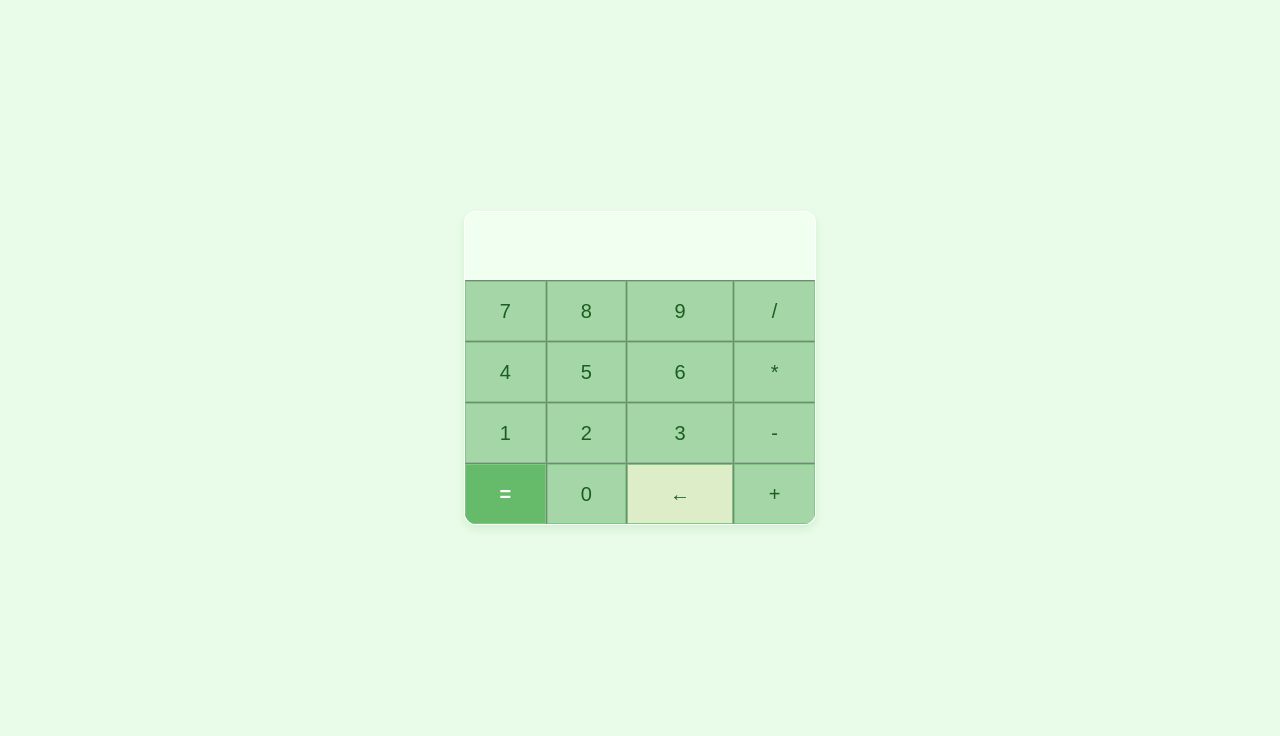
Repository: Yejin-source/st-work
Page: join/src/main/webapp/cal.html
These files come from the project's save history. The page is drawn as it stood at one moment and after the next save; the edit follows.
The browser window is 1280 px wide. The pictures show the whole page.

Above is the page before, as saved 2025-04-30 08:41:29.

### join/src/main/webapp/cal.html
<!DOCTYPE html>
<html>
<head>
<meta charset="UTF-8">
<title>Insert title here</title>
<style>
    body {
      background-color: #e9fce9; /* 아주 연한 초록-민트 */
      font-family: 'Segoe UI', sans-serif;
      display: flex;
      justify-content: center;
      align-items: center;
      height: 100vh;
    }

    table {
      border-collapse: collapse;
      background-color: #ffffff;
      border-radius: 12px;
      box-shadow: 0 4px 10px rgba(0, 128, 0, 0.1);
      overflow: hidden;
    }

    input[type="text"] {
      width: 100%;
      padding: 20px;
      font-size: 24px;
      border: none;
      background-color: #f0fff0;
      text-align: right;
      color: #2e7d32;
    }

    td {
      padding: 0;
    }

    button {
      width: 100%;
      height: 60px;
      font-size: 20px;
      background-color: #a5d6a7; /* 밝은 연두 */
      border: 1px solid #81c784;
      color: #1b5e20;
      cursor: pointer;
      transition: 0.2s;
    }

    button:hover {
      background-color: #81c784; /* 좀 더 진한 연두 */
    }

    #equal {
      background-color: #66bb6a;
      color: white;
      font-weight: bold;
    }

    #equal:hover {
      background-color: #388e3c;
    }

    #back {
      background-color: #dcedc8;
    }

    #back:hover {
      background-color: #aed581;
    }
  </style>
</head>
<body>
	<table border="1">
		<tr>
			<td colspan="4"><input type="text" id="result"></td>
		</tr>
		<tr>
			<td><button type="button" id="seven">7</button></td>
			<td><button type="button" id="eight">8</button></td>
			<td><button type="button" id="nine">9</button></td>
			<td><button type="button" id="divide">/</button></td>
		</tr>
		<tr>
			<td><button type="button" id="four">4</button></td>
			<td><button type="button" id="five">5</button></td>
			<td><button type="button" id="six">6</button></td>
			<td><button type="button" id="multiple">*</button></td>
		</tr>
		<tr>
			<td><button type="button" id="one">1</button></td>
			<td><button type="button" id="two">2</button></td>
			<td><button type="button" id="three">3</button></td>
			<td><button type="button" id="minus">-</button></td>
		</tr>
		<tr>
			<td><button type="button" id="equal">=</button></td>
			<td><button type="button" id="zero">0</button></td>
			<td><button type="button" id="back">←</button></td>
			<td><button type="button" id="plus">+</button></td>
		</tr>
	</table>
	<script>
		// 콜백함수: 매개변수로 전달하는 함수

		/*
			let zeroClick = function() {
				alert('zeroClick');
			}
		*/

		let result = '';

		// 0 입력
		document.querySelector('#zero').addEventListener('click', function() { // ('이벤트 이름', 콜백함수)
			result = result + 0;
			document.querySelector('#result').value = result;
		});

		// 1 입력
		document.querySelector('#one').addEventListener('click', function() {
			result = result + 1;
			document.querySelector('#result').value = result;
		});

		// 2 입력
		document.querySelector('#two').addEventListener('click', function() {
			result = result + 2;
			document.querySelector('#result').value = result;
		});

		// 3 입력
		document.querySelector('#three').addEventListener('click', function() {
			result = result + 3;
			document.querySelector('#result').value = result;
		});

		// 4 입력
		document.querySelector('#four').addEventListener('click', function() {
			result = result + 4;
			document.querySelector('#result').value = result;
		});

		// 5 입력
		document.querySelector('#five').addEventListener('click', function() {
			result = result + 5;
			document.querySelector('#result').value = result;
		});

		// 6 입력
		document.querySelector('#six').addEventListener('click', function() {
			result = result + 6;
			document.querySelector('#result').value = result;
		});

		// 7 입력
		document.querySelector('#seven').addEventListener('click', function() {
			result = result + 7;
			document.querySelector('#result').value = result;
		});

		// 8 입력
		document.querySelector('#eight').addEventListener('click', function() {
			result = result + 8;
			document.querySelector('#result').value = result;
		});

		// 9 입력
		document.querySelector('#nine').addEventListener('click', function() {
			result = result + 9;
			document.querySelector('#result').value = result;
		});


		// 나누기 연산자
		document.querySelector('#divide').addEventListener('click', function() {
			if(isNaN(result[result.length-1])) { // result의 마지막 글자가 연산자라면 | isNaN() 함수: 숫자면 false 반환
				alert('연산자를 연속으로 입력할 수 없습니다.');
				return;
			}
			result = result + '/';
			document.querySelector('#result').value = result;
		});

		// 곱하기 연산자
		document.querySelector('#multiple').addEventListener('click', function() {
			if(isNaN(result[result.length-1])) { // result의 마지막 글자가 연산자라면
				alert('연산자를 연속으로 입력할 수 없습니다.');
				return;
			}
			result = result + '*';
			document.querySelector('#result').value = result;
		});

		// 빼기 연산자
		document.querySelector('#minus').addEventListener('click', function() {
			if(isNaN(result[result.length-1])) { // result의 마지막 글자가 연산자라면
				alert('연산자를 연속으로 입력할 수 없습니다.');
				return;
			}
			result = result + '-';
			document.querySelector('#result').value = result;
		});

		// 더하기 연산자
		document.querySelector('#plus').addEventListener('click', function() {
			if(isNaN(result[result.length-1])) { // result의 마지막 글자가 연산자라면
				alert('연산자를 연속으로 입력할 수 없습니다.');
				return;
			}
			result = result + '+';
			document.querySelector('#result').value = result;
		});


		// 한 글자 지우기
		document.querySelector('#back').addEventListener('click', function() {
			if(isNaN(result[result.length-1])) { // result의 마지막 글자가 연산자라면
				alert('연산자는 지울 수 없습니다.');
				return;
			}
			result = result.slice(0, -1); // slice() 메서드: 배열이나 문자열에서 일부분을 잘라내는 메서드
			// result.slice(start, end) -> end: 끝 인덱스는 미포함
			document.querySelector('#result').value = result;
		});


		// result 문자 전체를 파싱해서 연산해서 결과
	</script>
</body>
</html>

After the next save:
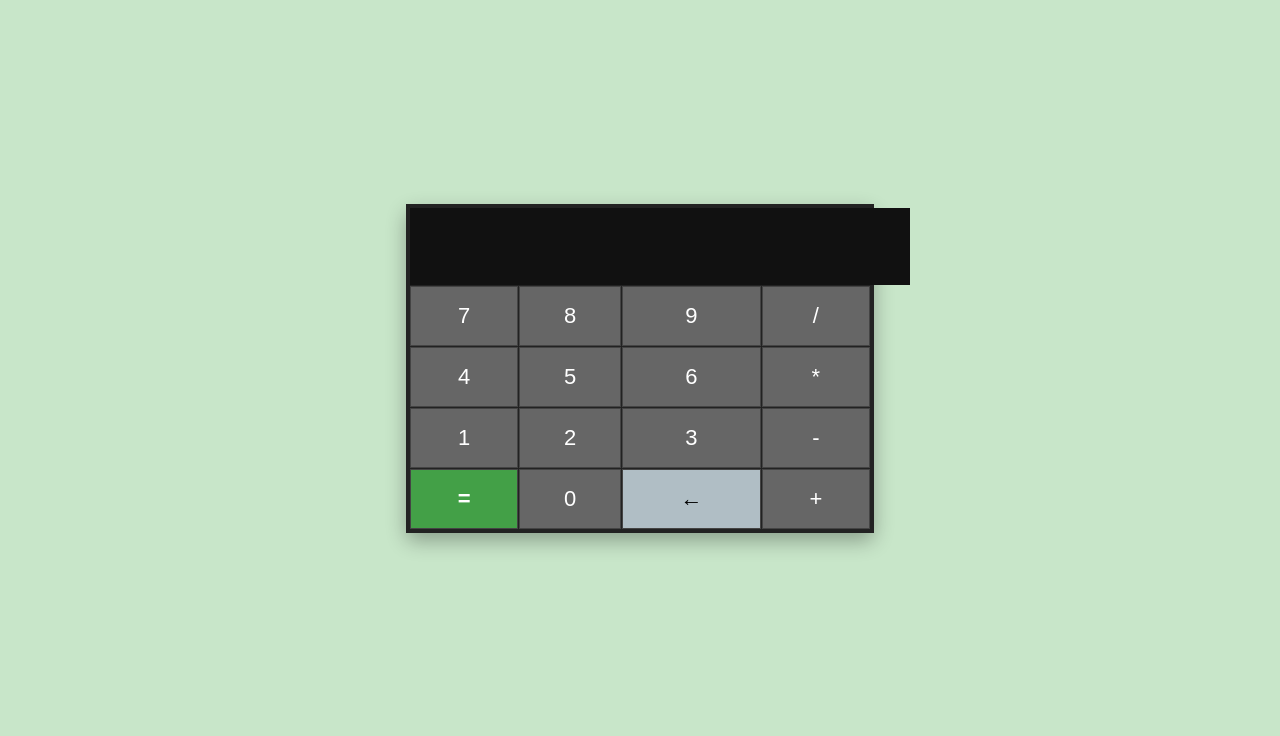
Saved 110 s later.
--- a/join/src/main/webapp/cal.html
+++ b/join/src/main/webapp/cal.html
@@ -4,70 +4,73 @@
 <meta charset="UTF-8">
 <title>Insert title here</title>
 <style>
-    body {
-      background-color: #e9fce9; /* 아주 연한 초록-민트 */
-      font-family: 'Segoe UI', sans-serif;
-      display: flex;
-      justify-content: center;
-      align-items: center;
-      height: 100vh;
-    }
-
-    table {
-      border-collapse: collapse;
-      background-color: #ffffff;
-      border-radius: 12px;
-      box-shadow: 0 4px 10px rgba(0, 128, 0, 0.1);
-      overflow: hidden;
-    }
-
-    input[type="text"] {
-      width: 100%;
-      padding: 20px;
-      font-size: 24px;
-      border: none;
-      background-color: #f0fff0;
-      text-align: right;
-      color: #2e7d32;
-    }
-
-    td {
-      padding: 0;
-    }
-
-    button {
-      width: 100%;
-      height: 60px;
-      font-size: 20px;
-      background-color: #a5d6a7; /* 밝은 연두 */
-      border: 1px solid #81c784;
-      color: #1b5e20;
-      cursor: pointer;
-      transition: 0.2s;
-    }
-
-    button:hover {
-      background-color: #81c784; /* 좀 더 진한 연두 */
-    }
-
-    #equal {
-      background-color: #66bb6a;
-      color: white;
-      font-weight: bold;
-    }
-
-    #equal:hover {
-      background-color: #388e3c;
-    }
-
-    #back {
-      background-color: #dcedc8;
-    }
-
-    #back:hover {
-      background-color: #aed581;
-    }
-  </style>
+  body {
+    background-color: #c8e6c9; /* 연한 초록 배경 */
+    font-family: 'Courier New', monospace; /* 계산기 느낌 폰트 */
+    display: flex;
+    justify-content: center;
+    align-items: center;
+    height: 100vh;
+  }
+
+  table {
+    border-collapse: collapse;
+    background-color: #333; /* 어두운 테두리 */
+    border: 4px solid #222;
+    border-radius: 8px;
+    box-shadow: 0 8px 20px rgba(0, 0, 0, 0.3);
+  }
+
+  input[type="text"] {
+    width: 100%;
+    padding: 20px;
+    font-size: 32px;
+    background-color: #111;
+    color: #0f0; /* 연녹색 텍스트 */
+    border: none;
+    text-align: right;
+    letter-spacing: 2px;
+    outline: none;
+  }
+
+  td {
+    padding: 0;
+  }
+
+  button {
+    width: 100%;
+    height: 60px;
+    font-size: 22px;
+    background-color: #666;
+    color: white;
+    border: 1px solid #444;
+    cursor: pointer;
+    transition: background-color 0.2s ease;
+  }
+
+  button:hover {
+    background-color: #888;
+  }
+
+  #equal {
+    background-color: #43a047;
+    font-weight: bold;
+  }
+
+  #equal:hover {
+    background-color: #2e7d32;
+  }
+
+  #back {
+    background-color: #b0bec5;
+    color: black;
+  }
+
+  #back:hover {
+    background-color: #90a4ae;
+  }
+</style>
+
 </head>
 <body>
 	<table border="1">
